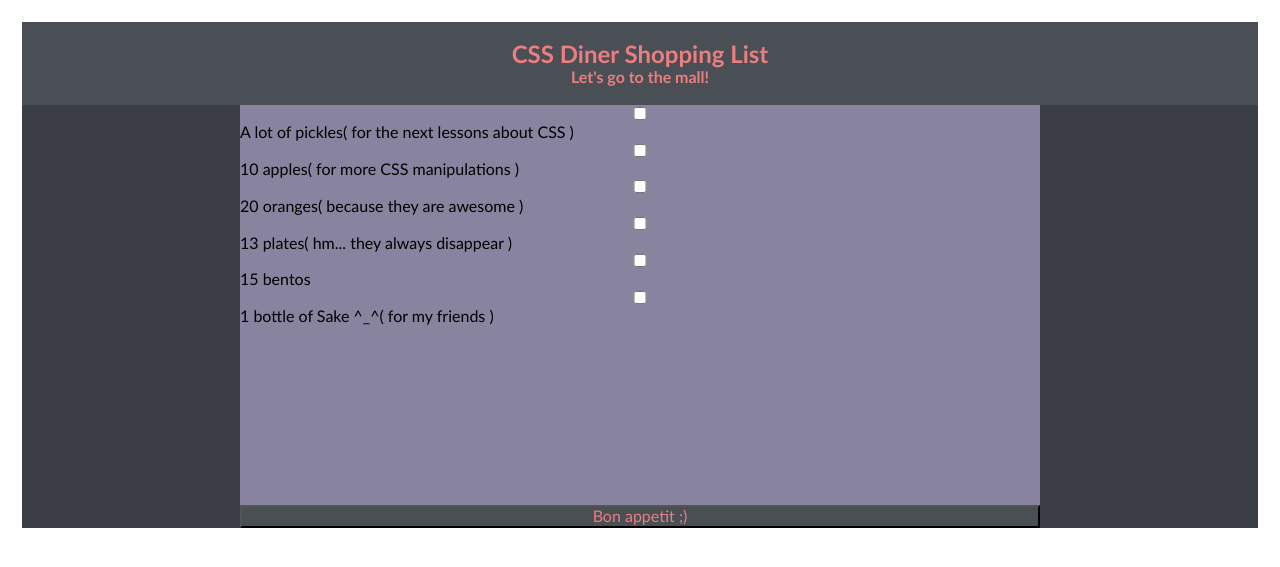
Repository: shpakovskaya/github.io
Page: selector css/shopping list/index.html
The author's editor kept a copy of each file at every save. The page is drawn from the files as they stood at one save, then again after the next save.
The browser window is 1280 px wide. The pictures show the whole page.

Above is the page before, as saved 2021-11-05 21:01:19.

### selector css/shopping list/index.html
<!DOCTYPE html>
<html lang="en">
  <head>
    <meta charset="UTF-8" />
    <meta http-equiv="X-UA-Compatible" content="IE=edge" />
    <meta name="viewport" content="width=device-width, initial-scale=1.0" />
    <title>Shopping list</title>
    <link rel="shortcut icon" href="./favicon.ico" type="image/x-icon" />
    <link
      rel="stylesheet"
      href="https://cdnjs.cloudflare.com/ajax/libs/normalize/8.0.1/normalize.min.css"
      integrity="sha512-NhSC1YmyruXifcj/KFRWoC561YpHpc5Jtzgvbuzx5VozKpWvQ+4nXhPdFgmx8xqexRcpAglTj9sIBWINXa8x5w=="
      crossorigin="anonymous"
      referrerpolicy="no-referrer"
    />
    <link rel="stylesheet" href="./style.css" />
  </head>
  <body>
    <div class="container">
      <header class="header">
        <header class="header__wrapper">
          <br />
          <h2>CSS Diner Shopping List</h2>
          <h4>Let's go to the mall!</h4>
          <br />
        </header>
      </header>
      <div class="list">
        <form class="list__wrapper">
          <div class="c-list__wrapper">
            <div>
              <input type="checkbox" id="pickles" name="pickles" />
              <label for="pickles">
                <span class="e-pickles">A lot of pickles</span></label
              >
            </div>
            <div>
              <input type="checkbox" id="apples" name="apples" />
              <label for="apples">
                <span class="e-apples">10 apples</span>
              </label>
            </div>
            <div>
              <input type="checkbox" id="oranges" name="oranges" />
              <label for="oranges"
                ><span class="e-oranges">20 oranges</span>
              </label>
            </div>
            <div>
              <input type="checkbox" id="plates" name="plates" />
              <label for="plates"
                ><span class="e-plates">13 plates</span></label
              >
            </div>
            <div>
              <input type="checkbox" id="bentos" name="bentos" />
              <label for="bentos"
                ><span class="e-bentos">15 bentos</span></label
              >
            </div>
            <div>
              <input type="checkbox" id="bottle" name="bottle" />
              <label for="bottle"
                ><span class="e-bottle">1 bottle of Sake ^_^</span></label
              >
            </div>
          </div>
          <div class="submit">
            <input type="submit" class="bon__wrapper" value="Bon appetit ;)" />
          </div>
        </form>
      </div>
    </div>
  </body>
</html>

### selector css/shopping list/style.css
* {
  margin: 0;
  padding: 0;
  box-sizing: border-box;
  width: 100%;
  transition: all 0.1s ease-in;
}

.container {
  width: 100%;
  max-width: 1920px;
  height: 100%;
  box-sizing: border-box;
  background: #3b3f45;
  border: #ffff solid 22px;
  font-family: "Trebuchet MS", Arial, sans-serif;
}
.header__wrapper {
  width: 100%;
  height: 20%;
  color: #eb7e7f;
  background: #4a4f56;
  text-align: center;
}

.list {
  display: flex;
  justify-content: center;
}

.list__wrapper {
  box-sizing: border-box;
  width: 800px;
  background-color: #88839e;
}

/* .list__wrapper label {
  white-space: nowrap;
} */

.c-list__wrapper {
  margin-bottom: 20%;
  border-bottom: 10px;
  border-color: #3b3f45;
}

.e-pickles::after {
  content: "( for the next lessons about CSS )";
  font-size: 16px;
}

.e-apples::after {
  content: "( for more CSS manipulations )";
  font-size: 16px;
}

.e-oranges::after {
  content: "( because they are awesome )";
  font-size: 16px;
}

.e-plates::after {
  content: "( hm... they always disappear )";
  font-size: 16px;
}

.e-bottle::after {
  content: "( for my friends )";
  font-size: 16px;
}

/* .e-pickles::before {
  content: normal;
} */

.submit {
  display: flex;
  justify-content: center;
}

.bon__wrapper {
  width: 800px;
  box-sizing: border-box;
  background: #4a4f56;
  color: #eb7e7f;
  margin-top: 20px;
}

After the next save:
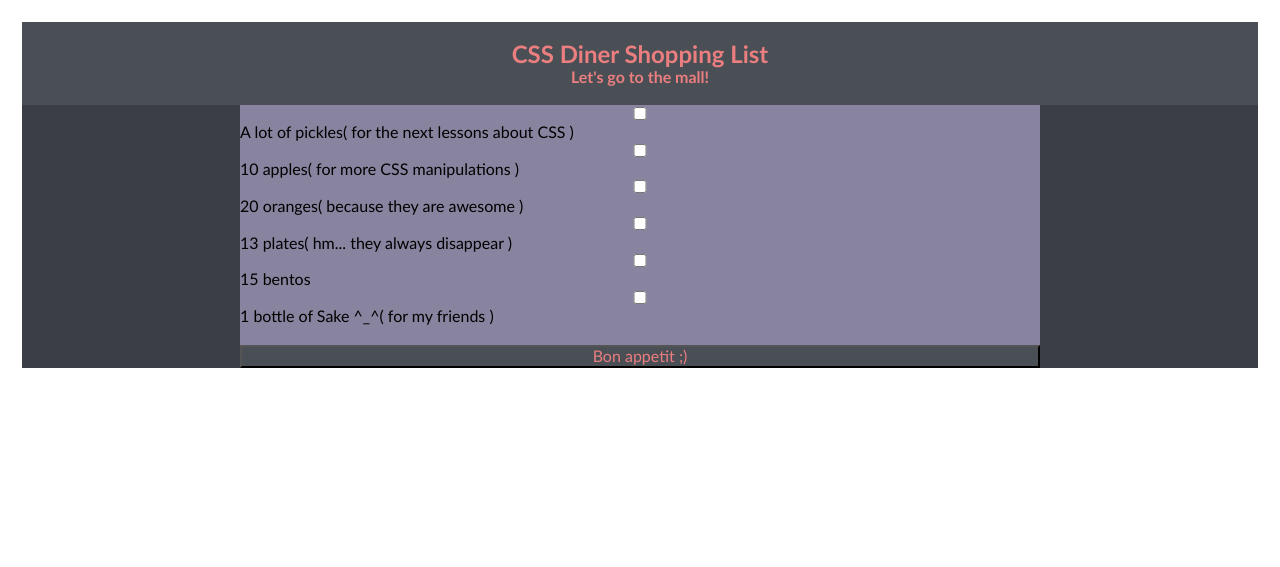
Saved 79 s later.
--- a/selector css/shopping list/style.css
+++ b/selector css/shopping list/style.css
@@ -39,7 +39,7 @@
 } */
 
 .c-list__wrapper {
-  margin-bottom: 20%;
+  /* margin-bottom: 20%; */
   border-bottom: 10px;
   border-color: #3b3f45;
 }
